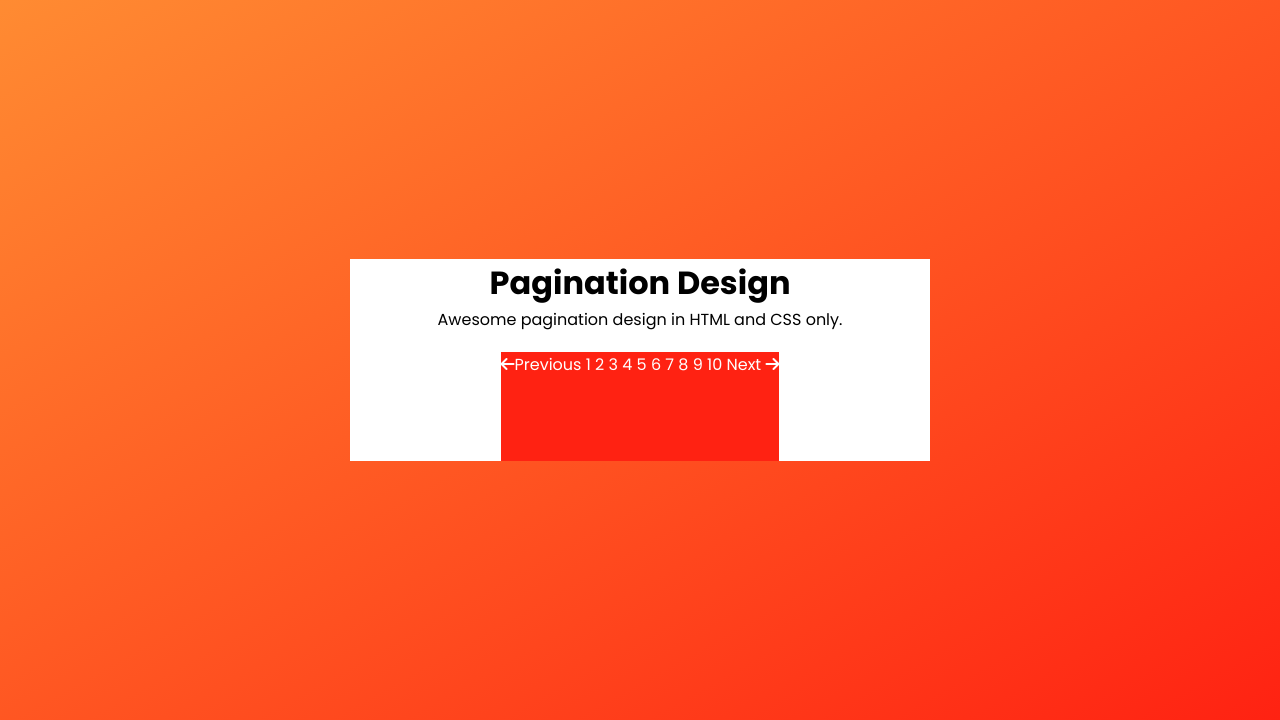
Repository: Ankitkr2021/Awesome-Pagination
Page: index.html
These files come from the project's save history. The page is drawn as it stood at one moment and after the next save; the edit follows.
The browser window is 1280 px wide. The pictures show the whole page.

Above is the page before, as saved 2025-10-02 09:00:45.

After the next save:
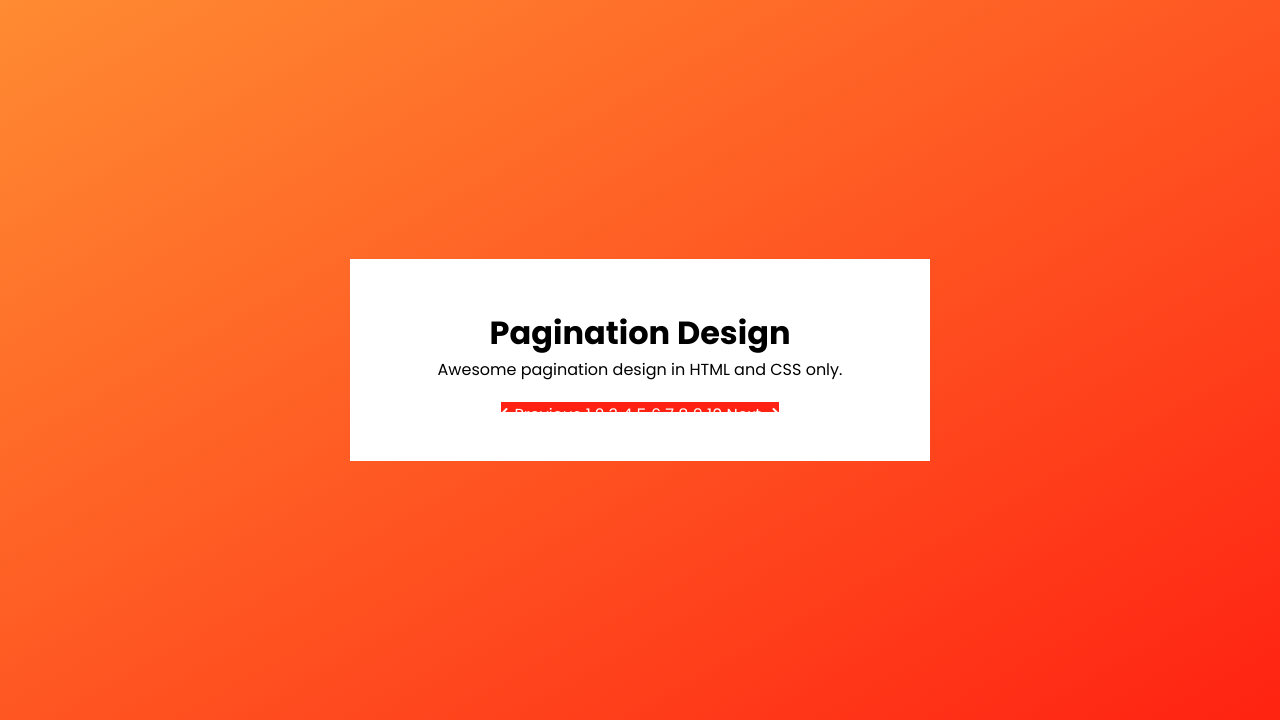
Saved 4 s later.
--- a/style.css
+++ b/style.css
@@ -37,5 +37,5 @@ p {
 .box {
     background: rgb(255, 34, 18);
     color: #fff;
-    height: 120px;
+    height: 10px;
 }
